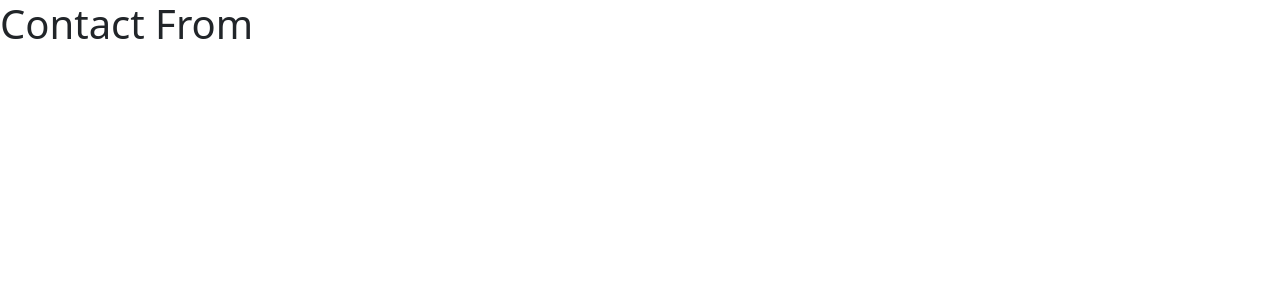
Repository: syni18/bootstrap_form
Page: index.html
The author's editor kept a copy of each file at every save. The page is drawn from the files as they stood at one save, then again after the next save.
The browser window is 1280 px wide. The pictures show the whole page.

Above is the page before, as saved 2023-10-26 15:23:19.

### index.html
<!DOCTYPE html>
<html lang="en">
<head>
    <meta charset="UTF-8">
    <meta name="viewport" content="width=device-width, initial-scale=1.0">
    <link href="https://cdn.jsdelivr.net/npm/bootstrap@5.3.2/dist/css/bootstrap.min.css" rel="stylesheet" integrity="sha384-T3c6CoIi6uLrA9TneNEoa7RxnatzjcDSCmG1MXxSR1GAsXEV/Dwwykc2MPK8M2HN" crossorigin="anonymous">
    <title>Contact From</title>
</head>
<body>
    <h1 class="display-6 ms">Contact From</h1>
    <script src="https://cdn.jsdelivr.net/npm/bootstrap@5.3.2/dist/js/bootstrap.bundle.min.js" integrity="sha384-C6RzsynM9kWDrMNeT87bh95OGNyZPhcTNXj1NW7RuBCsyN/o0jlpcV8Qyq46cDfL" crossorigin="anonymous"></script>
</body>
</html>

After the next save:
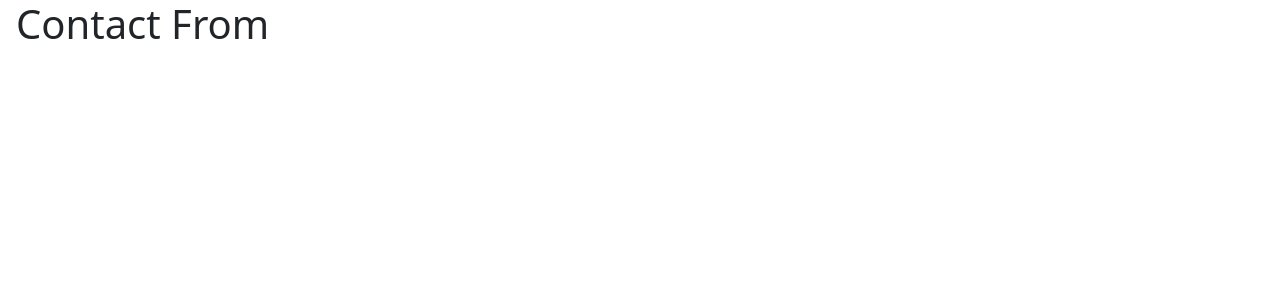
Saved 4 s later.
--- a/index.html
+++ b/index.html
@@ -7,7 +7,7 @@
     <title>Contact From</title>
 </head>
 <body>
-    <h1 class="display-6 ms">Contact From</h1>
+    <h1 class="display-6 ms-3">Contact From</h1>
     <script src="https://cdn.jsdelivr.net/npm/bootstrap@5.3.2/dist/js/bootstrap.bundle.min.js" integrity="sha384-C6RzsynM9kWDrMNeT87bh95OGNyZPhcTNXj1NW7RuBCsyN/o0jlpcV8Qyq46cDfL" crossorigin="anonymous"></script>
 </body>
 </html>
